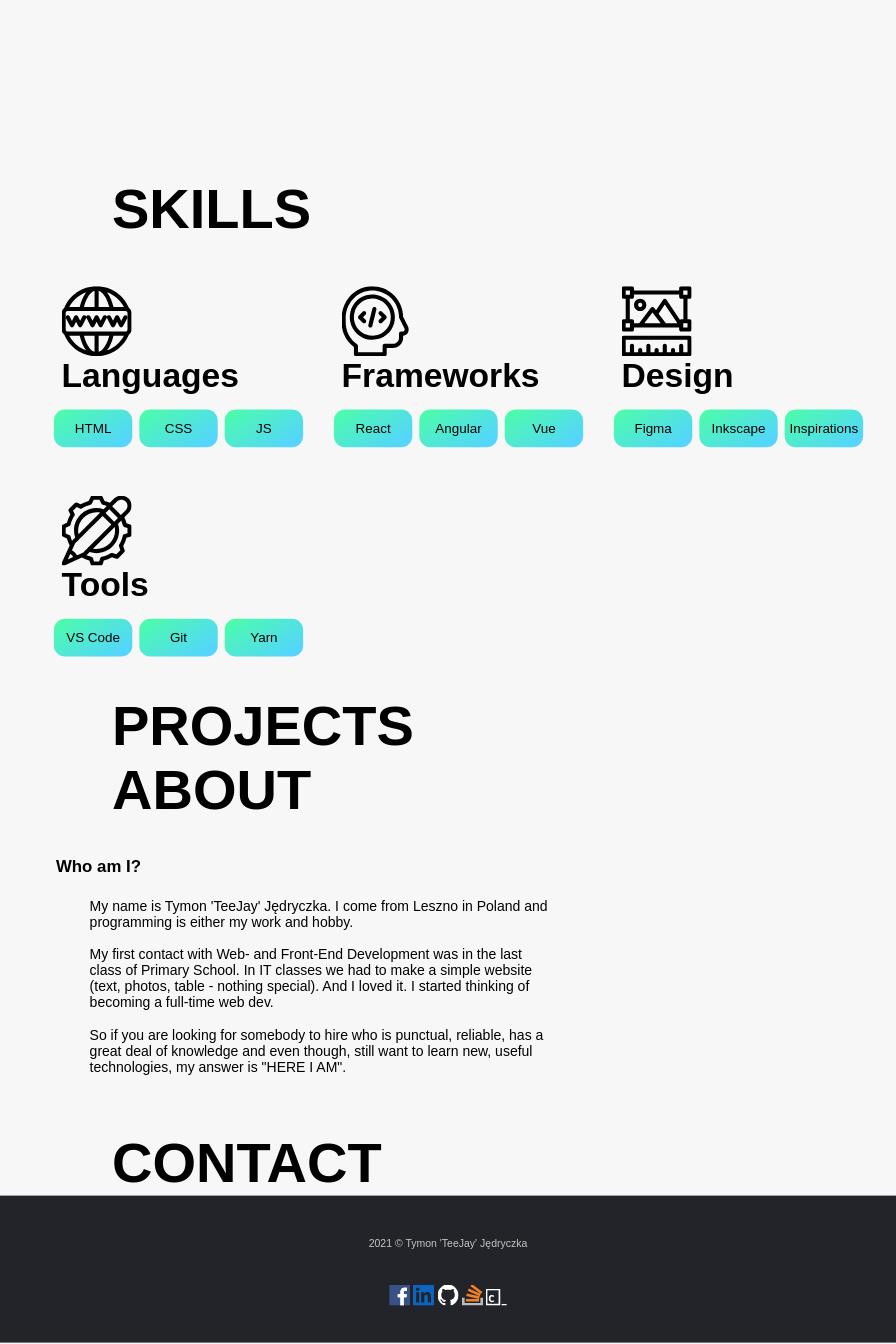
Repository: TeeJaysDev/Portfolio
Page: index.html
The author's editor kept a copy of each file at every save. The page is drawn from the files as they stood at one save, then again after the next save.
The browser window is 1280 px wide. The pictures show the part of the page from y = 810 to 2730 px (the page is 2730 px tall before and 2722 px after), at 70% of full size.

Above is the page before, as saved 2021-04-24 21:06:30.

### index.html
<!DOCTYPE html>
<html lang="en">
<head>
    <meta charset="UTF-8">
    <meta http-equiv="X-UA-Compatible" content="IE=edge">
    <meta name="viewport" content="width=device-width, initial-scale=1.0">
    <script type="text/javascript" src="script.js"></script>
    <link rel="stylesheet" href="style.css">
    <link href="https://fonts.googleapis.com/css2?family=Raleway&display=swap" rel="stylesheet">
    <link href="https://fonts.googleapis.com/css2?family=Quicksand:wght@700&display=swap" rel="stylesheet">
    <title>Tymon Jędryczka | Portfolio</title>
</head>
<body>
    <nav>
        <a href="#skills"><h3>skills</h3></a>
        <a href="#projects"><h3>projects</h3></a>
        <a href="#about"><h3>about</h3></a>
        <a href="#contact"><h3>contact</h3></a>
    </nav>
    <header>
        <h2 class="welcome_part_h1">h1</h2>
        <h1 class="welcome_part">
            Hi, I'm <strong>Tymon</strong><br>
            I design <strong>and</strong><br>
            build <strong>incredible</strong><br>
            websites / <strong>webapps</strong>
        </h1>
        <h2 class="welcome_part_h2">
            Web Dev and UX/UI Designer from Poland
        </h2>
    </header>
    <main>
        <h1>
            SKILLS
        </h1>
        <section id="skills">
                <div class="languages">
                    <div class="box">
                        <div class="imageh2">
                            <img src="Images/svg/languages.svg">
                            <h2>Languages</h2>
                        </div>
                        <div class="text">
                            <li>HTML</li>
                            <li>CSS</li>
                            <li>JS</li>
                        </div>
                    </div>
                </div>
                <div class="frameworks">
                    <div class="box">
                        <div class="imageh2">
                            <img src="Images/svg/frameworks.svg">
                            <h2>Frameworks</h2>
                        </div>
                        <div class="text">
                            <li>React</li>
                            <li>Angular</li>
                            <li>Vue</li>
                        </div>
                    </div>
                </div>
                <div class="design">
                    <div class="box">
                        <div class="imageh2">
                            <img src="Images/svg/design.svg">
                            <h2>Design</h2>
                        </div>
                        <div class="text">
                            <li>Figma</li>
                            <li>Inkscape</li>
                            <li>Inspirations</li>
                        </div>
                    </div>
                </div>
                <div class="tools">
                    <div class="box">
                        <div class="imageh2">
                            <img src="Images/svg/tools.svg">
                            <h2>Tools</h2>
                        </div>
                        <div class="text">
                            <li>VS Code</li>
                            <li>Git</li>
                            <li>Yarn</li>
                        </div>
                    </div>
                </div>
        </section>
        <section id="projects">
            <h1>
                PROJECTS
            </h1>
        </section>
        <section id="about">
            <h1>
                ABOUT
            </h1>
            <h2>
                Who am I?
            </h2>
            <p>
                My name is Tymon 'TeeJay' Jędryczka. I come from Leszno in Poland and programming is either my work and hobby.
                <br><br>
                My first contact with Web- and Front-End Development was in the last class of Primary School. In IT classes we had to make a simple website (text, photos, table - nothing special). And I loved it. I started thinking of becoming a full-time web dev.
                <!-- <br><br> I am also a self-taught dev and with CodeCademy and YouTube I get knowledge of HTML5, CSS3, JS, and its frameworks (React, Angular, Vue). I call myself a 2-in-1 developer 'cause I design things (usually in Figma) and then make them real by writing some code. -->
                <br><br>
                So if you are looking for somebody to hire who is punctual, reliable, has a great deal of knowledge and even though, still want to learn new, useful technologies, my answer is "HERE I AM".
            </p>
        </section>
        <section id="contact">
            <h1>
                CONTACT
            </h1>
        </section>
    </main>
    <footer>
        <h4>2021 &copy; Tymon 'TeeJay' Jędryczka</h4>
        <li><a href="https://facebook.com/tymonjedr/" target="_blank"><img src="Images/svg/facebook.svg" alt="Facebook LOGO"></a></li>
        <li><a href="https://linkedin.com/in/tymon-jedryczka/" target="_blank"><img src="Images/svg/linkedin.svg" alt="LinkedIn LOGO"></a></li>
        <li><a href="https://github.com/TeeJaysDev" target="_blank"><img src="Images/svg/github.svg" alt="GitHub LOGO"></a></li>
        <li><a href="https://stackoverflow.com/users/15029595/teejaysdev" target="_blank"><img src="Images/svg/stack.svg" alt="Stack LOGO"></a></li>
        <li><a href="https://codecademy.com/profiles/TeeJaysDev" target=”_blank”><img src="Images/svg/codecademy.svg" alt="CodeCademy LOGO"></a></li>
    </footer>
</body>
</html>

### style.css
* {
    margin: 0;
    padding: 0;
    font-family: sans-serif;
    text-decoration: none;
}

body {
    background-color: #F7F7F7;
}

nav {
    display: flex;
    justify-content: flex-end;
    margin-right: 0rem;
    margin-top: 0rem;
}

nav a {
    color: #000000;
    padding: 0.938rem;
    margin-top: 2rem;
    margin-right: 3.125rem;
    font-size: 1.563rem;
}

.welcome_part_h1 {
    font-family: monospace;
    font-size: 3.75rem;
    margin-top: 9rem;
    margin-left: 2.5rem;
    margin-bottom: 0rem;
}

.welcome_part {
    margin-top: 2rem;
    margin-left: 5rem;
    margin-bottom: 2rem;
    font-family: Raleway;
    font-weight: lighter;
    font-size: 5rem;
    min-width: 18ch;
}

.welcome_part_h2 {
    margin-bottom: 18rem;
    margin-left: 4rem;
}

.box .imageh2 {

    justify-items: center;
}

#skills {
    display: grid;
    align-items: flex-end;
    grid-template-columns: repeat(auto-fit, 400px);
    margin-left: 4.5rem;
}

h1 {
    font-size: 5rem;
    margin-left: 10rem;
}

.imageh2 {
    display: flex;
    flex-wrap: wrap;
    align-items: flex-start;
    margin: 4rem 20rem 1rem 1rem;
    font-size: 2rem;
}

.text {
    display: flex;
    flex-wrap: wrap;
}

.text li {
    list-style: none;
    margin: 1rem;
    color: #000000;

    font-size: 1.2rem;
    text-align: center;
    align-items: center;
    border-radius: 1rem;
    margin: 0.3125rem 0.3125rem;
    width: 7rem;
    background-image: linear-gradient(147deg,#4bffa5,#54d4ff 90%);
    padding-top: 1rem;
    padding-bottom: 1rem;
}

#about p {
    font-size: 1.25rem;
    max-width: 60ch;
    margin-left: 8rem;
    margin-bottom: 5rem;
    margin-top: 2rem;
}

#about h2 {
    margin-left: 5rem;
    margin-top: 3rem;
}

#projects h1 {
    width: 15%;
    margin-top: 3rem;
}

#about h1 {
    width: 15%;
}

#contact h1 {
    width: 17%;
}

footer, footer h4 {
    color: #C5C4C6;
    background-color: #232429;
    font-family: Arial, Helvetica, sans-serif;
    font-size: 0.938rem;
    font-weight: lighter;
    text-align: center;
    z-index: -1;
    padding-top: 1.875rem;
    padding-bottom: 3.125rem;
}

footer li{
    margin: 0 1.25;
    display: inline;
}

body .error {
    text-align: center;
}

.error p {
    font-family: Quicksand;
    font-weight: 700;
    color: #000000;
    font-size: 20rem;
    margin-top: 5rem;
}

.error button a {
    text-decoration: none;
    text-align: center;
    color: #000000;
    font-size: 2rem;
    padding: 3rem;
}

.error .mainError {
    display: flex;
    text-align: center;
    margin-left: 40rem;
    margin-right: auto;
}

.error img {
    width: 250px;
}

.error button {
    margin-top: 10rem;
}
/* Smartphone (portrait) --- */

@media only screen
and (min-width: 320px)
and (max-width: 767px) {

    nav {
        display: flex;
        justify-content: flex-end;
        margin-right: 1rem;
        margin-top: 0rem;
    }

    nav a {
        padding: 0.938rem;
        margin-top: 2rem;
        margin-right: -1rem;
        font-size: 1rem;
    }

     main .welcome_part_h1 {
        font-family: monospace;
        font-size: 2.5rem;
        margin-top: 9rem;
        margin-left: 1rem;
    }

    main .welcome_part {
        margin-top: 1rem;
        margin-left: 2rem;
        margin-bottom: 2rem;
        font-size: 1.63rem;
        min-width: 18ch;
    }

    main .welcome_part_h2 {
        margin-bottom: 10rem;
        margin-left: 2rem;
        font-size: 1rem;
    }

    section h1 {
        font-size: 3rem;
        margin-bottom: 1.563rem;
    }

    #about p {
        font-size: 1.25rem;
        max-width: 22ch;
        margin-left: 2rem;
        margin-bottom: 5rem;
    }

    #about h2 {
        margin-left: 2rem;
        margin-top: 5rem;
    }

    footer, footer h4 {
        padding-top: 1.875rem;
        padding-bottom: 3.125rem;
        width: 100%;
    }

    footer li{
        margin: 0 1.25;
        display: inline;
    }
}



@media only screen
and (min-width: 768px)
and (max-width: 1024px)
and (orientation: portrait) {

    * {
        margin: 0;
        padding: 0;
        font-family: sans-serif;
        text-decoration: none;
    }

    body {
        background-color: #F7F7F7;
    }

    nav {
        display: flex;
        justify-content: flex-end;
        margin-right: 0rem;
        margin-top: 0rem;
    }

    nav a {
        color: #000000;
        padding: 0.938rem;
        margin-top: 2rem;
        margin-right: 3.125rem;
        font-size: 1.563rem;
    }

     main .welcome_part_h1 {
        font-family: monospace;
        font-size: 3.75rem;
        margin-top: 13rem;
        margin-left: 2.5rem;
        margin-bottom: 0rem;
    }

    main .welcome_part {
        margin-top: 2rem;
        margin-left: 5rem;
        margin-bottom: 2rem;
        font-family: Raleway;
        font-weight: lighter;
        font-size: 3.9rem;
        min-width: 18ch;
    }

    main .welcome_part_h2 {
        margin-bottom: 20rem;
        margin-left: 4rem;
    }

    #about p {
        font-size: 1.25rem;
        max-width: 45ch;
        margin-left: 8rem;
        margin-bottom: 5rem;
    }

    #about h2 {
        margin-left: 5rem;
        margin-top: 5rem;
    }

    #projects h1 {
        width: 15%;
        margin-top: 3rem;
    }

    #about h1 {
        width: 15%;
    }

    #contact h1 {
        width: 17%;
    }

    footer, footer h4 {
        color: #C5C4C6;
        background-color: #232429;
        font-family: Arial, Helvetica, sans-serif;
        font-size: 0.938rem;
        font-weight: lighter;
        text-align: center;
        z-index: -1;
        width: 100%;
        padding-top: 1.875rem;
        padding-bottom: 3.125rem;
    }

    body .error {
        text-align: center;
    }

    .error p {
        font-family: Quicksand;
        font-weight: 700;
        color: #000000;
        font-size: 20rem;
        margin-top: 5rem;
    }

    .error button a {
        text-decoration: none;
        text-align: center;
        color: #000000;
        font-size: 2rem;
        padding: 3rem;
    }

    .error .mainError {
        display: flex;
        text-align: center;
        margin-left: 40rem;
        margin-right: auto;
    }

    .error img {
        width: 250px;
    }

    .error button {
        margin-top: 10rem;
    }
}

@media only screen
and (min-width: 953)
and (max-width: 1230) {
     p {
        margin-left: 1rem;
    }
}

@media only screen
and (min-width: 550px)
and (max-width: 700px) {
    main .welcome_part_h1 {
        font-family: monospace;
        font-size: 3.75rem;
        margin-top: 13rem;
        margin-left: 2.5rem;
        margin-bottom: 0rem;
    }

    main .welcome_part {
        margin-top: 2rem;
        margin-left: 5rem;
        margin-bottom: 2rem;
        font-size: 2.6rem;
    }

    main .welcome_part_h2 {
        margin-bottom: 20rem;
        margin-left: 4rem;
    }
}

@media only screen
and (min-width: 1920px) {
    main .welcome_part_h1 {
        font-family: monospace;
        font-size: 3.75rem;
        margin-top: 13rem;
        margin-left: 2.5rem;
        margin-bottom: 0rem;
    }

    main .welcome_part {
        margin-top: 2rem;
        margin-left: 5rem;
        margin-bottom: 2rem;
        font-size: 5rem;
    }

    main .welcome_part_h2 {
        margin-bottom: 20rem;
        margin-left: 4rem;
        font-size: 2.5rem;
    }
}

@media only screen
and (max-width: 950) {

}

Loaded but not shown: script.js (no stored copy; drawn as an empty file)

After the next save:
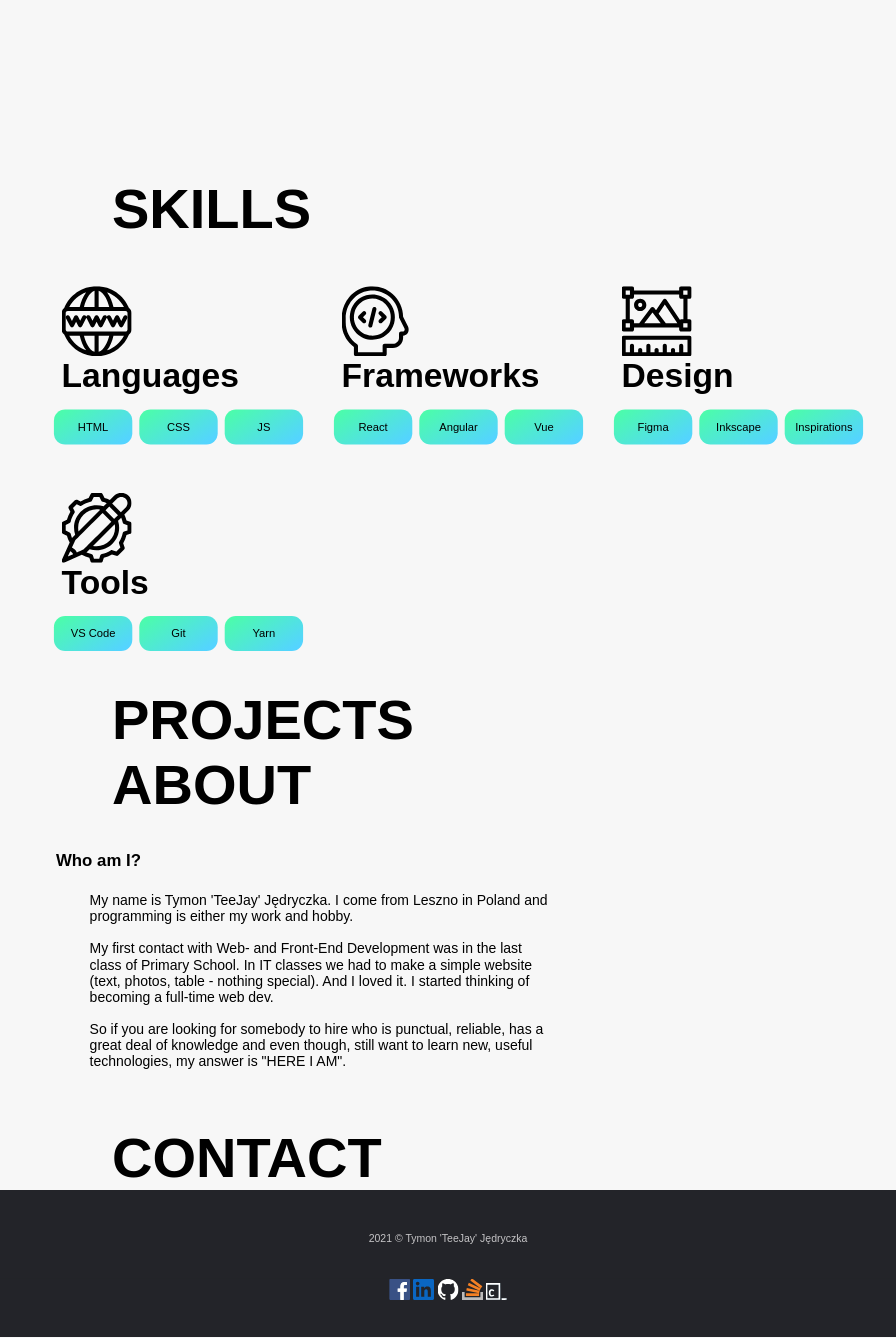
Saved 8 s later.
--- a/style.css
+++ b/style.css
@@ -81,7 +81,7 @@
     list-style: none;
     margin: 1rem;
     color: #000000;
-
+    font
     font-size: 1.2rem;
     text-align: center;
     align-items: center;

After the 2 saves that followed:
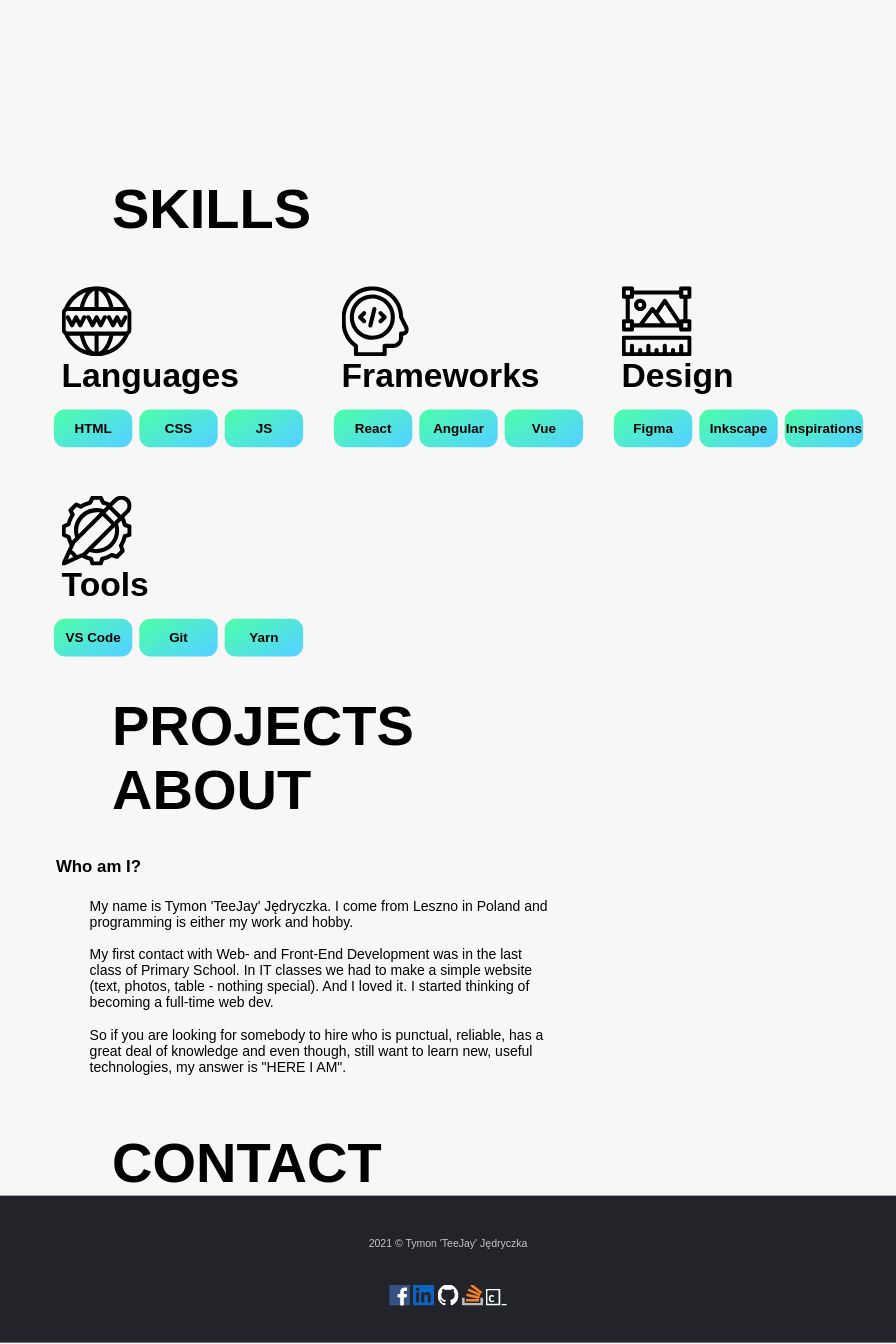
The 2 saves are shown as one change because they came seconds apart.
The last was saved 6 s later.
--- a/style.css
+++ b/style.css
@@ -81,7 +81,7 @@
     list-style: none;
     margin: 1rem;
     color: #000000;
-    font
+    font-weight: bold;
     font-size: 1.2rem;
     text-align: center;
     align-items: center;
